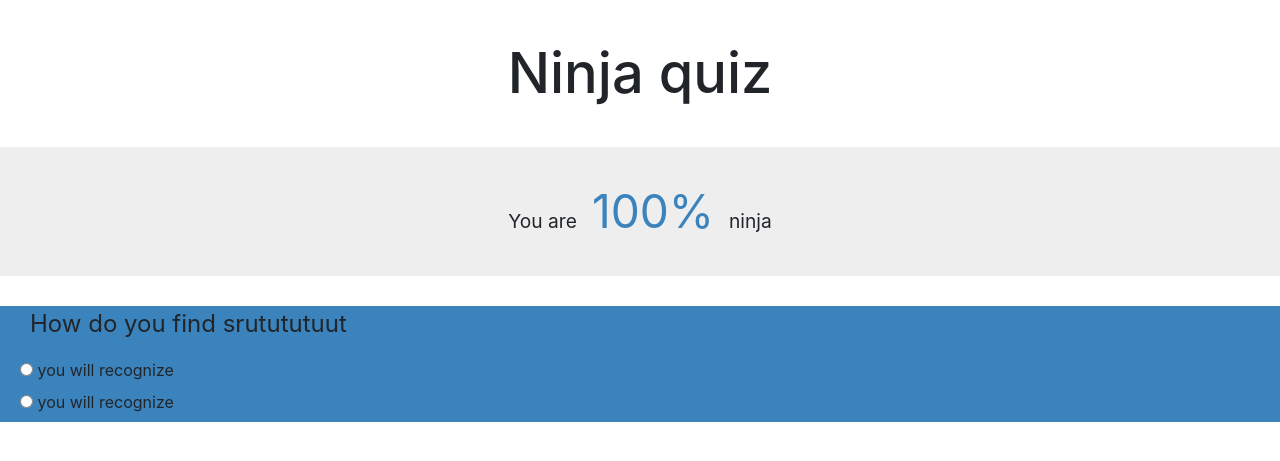
Repository: ajgors/config
Page: Nauka Js/Projekty/Quiz/index.html
The author's editor kept a copy of each file at every save. The page is drawn from the files as they stood at one save, then again after the next save.
The browser window is 1280 px wide. The pictures show the whole page.

Above is the page before, as saved 2019-08-11 18:32:00.
Console error: TypeError: Cannot read properties of null (reading 'addEventListener')

### Nauka Js/Projekty/Quiz/index.html
<!DOCTYPE html>
<html lang="en">

<head>
    <meta charset="UTF-8">
    <meta name="viewport" content="width=device-width, initial-scale=1.0">
    <meta http-equiv="X-UA-Compatible" content="ie=edge">
    <title>Document</title>
    <link rel="stylesheet" href="https://stackpath.bootstrapcdn.com/bootstrap/4.3.1/css/bootstrap.min.css"
        integrity="sha384-ggOyR0iXCbMQv3Xipma34MD+dH/1fQ784/j6cY/iJTQUOhcWr7x9JvoRxT2MZw1T" crossorigin="anonymous">
        <link rel="stylesheet" href="css.css">
</head>

<body>
    <!-- Header -->
    <!-- <div class="intro py-3 bg-white text-center">
        <div class="container">
            <h2 class="text-primary display-3 my-4">Ninja Quiz</h2>
        </div>
    </div> -->

    <header class="header">
        <h1 class="header__title">Ninja quiz</h1>
    </header>

    <!-- Result -->
    <!-- <div class="result py-4  bg-light text-center">
        <div class="container lead">
            <p>You are <span class="text-primary display-4 p-3">110%</span>Ninja</p>
        </div>
    </div> -->

    <div class="result">
        <p class="result__paragraph">You are<span class="result__span">100%</span>ninja</p>
    </div>

    <!-- Form -->
    <!-- <div class="quiz py-4 bg-primary">
        <div class="container">
            <h2 class="my-5 text-white">On with the question...</h2>
            <form action="" class="quiz-form text-light">
                <div class="my-5">
                    <p class="lead font-weight-normal">1. How do you give a ninja directions</p>
                    <div class="form-check my-2 text-white-50">
                        <input type="radio" name='q1' value='A' checked>
                        <label for="" class="form-check-label">Show them map</label>
                    </div>
                    <div class="form-check my-2 text-white-50">
                        <input type="radio" name='q1' value='B'>
                        <label for="" class="form-check-label">Don't worry a ninja will find you</label>
                    </div>
                </div>
                <div class="my-5">
                    <p class="lead font-weight-normal">2 asdfasdfad fafasfasdfadffasdsf</p>
                    <div class="form-check my-2 text-white-50">
                        <input type="radio" name='q2' value='A' checked>
                        <label for="" class="form-check-label">1.apple</label>
                    </div>
                    <div class="form-check my-2 text-white-50">
                        <input type="radio" name='q2' value='B'>
                        <label for="" class="form-check-label">3.apple</label>
                    </div>
                </div>
                <div class="my-5">
                    <p class="lead font-weight-normal">3. how do you tknow if you met a ninja</p>
                    <div class="form-check my-2 text-white-50">
                        <input type="radio" name='q3' value='A' checked>
                        <label for="" class="form-check-label">youll recognize a outfit</label>
                    </div>
                    <div class="form-check my-2 text-white-50">
                        <input type="radio" name='q3' value='B'>
                        <label for="" class="form-check-label">the grim reaper wil tell you</label>
                    </div>
                </div>
                <div class="my-5">
                    <p class="lead font-weight-normal">4 what is a ninjas favourite array method</p>
                    <div class="form-check my-2 text-white-50">
                        <input type="radio" name='q4' value='A' checked>
                        <label for="" class="form-check-label">forEach()</label>
                    </div>
                    <div class="form-check my-2 text-white-50">
                        <input type="radio" name='q4' value='B'>
                        <label for="" class="form-check-label">slice()</label>
                    </div>
                </div>
                <div class="text-center">
                    <input type="submit" class='btn btn-light'>
                </div>
            </form>
        </div> -->

<div class="quiz">
    <form action="quiz-form">
        <div class="">
            <p class="question">How do you find srutututuut</p>
            <div class="form-check">
                <input type="radio" name="q1" value="A" id="">
                <label for=""> you will recognize </label>
            </div>
            <div class="form-check">
                    <input type="radio" name="q1" value="B" id="">
                    <label for=""> you will recognize </label>
                </div>
        </div>
    </form>
</div>

    </div>

    <script src="js.js"></script>
</body>

</html>

### Nauka Js/Projekty/Quiz/css.css
*{
    margin: 0;
    padding: 0;
}

.header__title{
    text-align: center;
    margin:  40px auto;
    font-size: 3.5em;
}

.result{
    background-color: #eee;
}
.result__paragraph{
    text-align: center;
    padding: 30px;
    margin: 0;
    font-size: 1.2em
}
.result__span{
    font-size: 2.4em;
    padding: 15px;
    color:#3b83bd;
}

.quiz{
    background-color: #3b83bd;
}

.question{
    font-size: 1.5em;
    margin-left: 30px;
    margin-top: 30px
}

### Nauka Js/Projekty/Quiz/js.js




const form = document.querySelector('.quiz-form');
const result = document.querySelector('.result');
const correctAnswers = ['B','B','B','B'];
const spanResult = document.querySelector('span');

form.addEventListener('submit', e=>{
    e.preventDefault();

    //check answer
    let score = 0;
    const userAnswers = [form.q1.value, form.q2.value, form.q3.value, form.q4.value];

    userAnswers.forEach((answer, index) =>{
        if(answer === correctAnswers[index]){
            score += 25;
        }
    });

    scrollTo(0,0)
    result.classList.remove('d-none');
    // spanResult.textContent = `${score}%`

    let output = 0;
    const timer = setInterval(()=>{
        spanResult.textContent = `${output}%`
        if(output === score){
            clearInterval(timer);
        } else {
            output++;
        }
    })


})

After the next save:
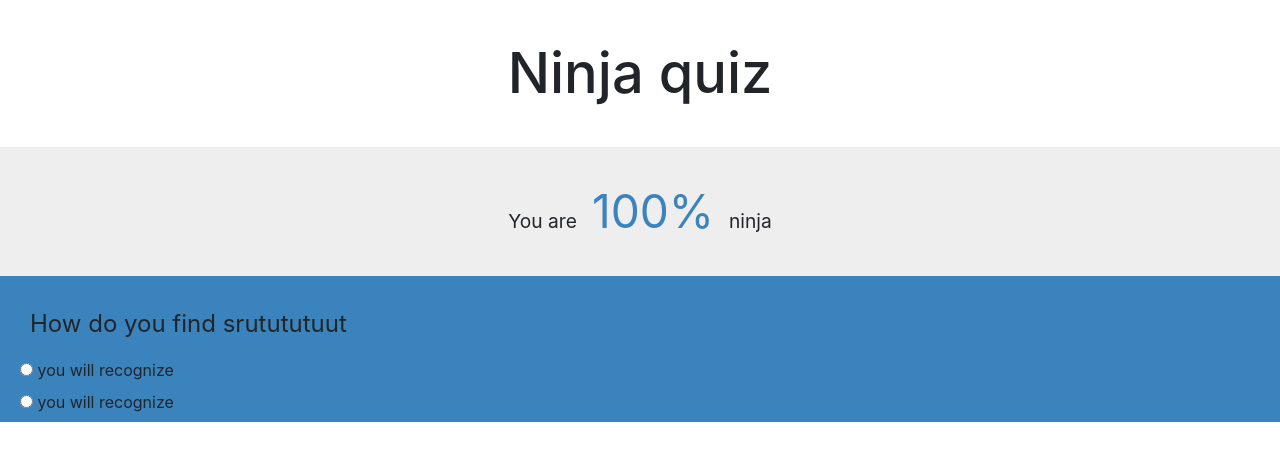
Saved 8 s later.
--- a/Nauka Js/Projekty/Quiz/css.css
+++ b/Nauka Js/Projekty/Quiz/css.css
@@ -31,5 +31,5 @@
 .question{
     font-size: 1.5em;
     margin-left: 30px;
-    margin-top: 30px
+    padding-top: 30px;
 }
